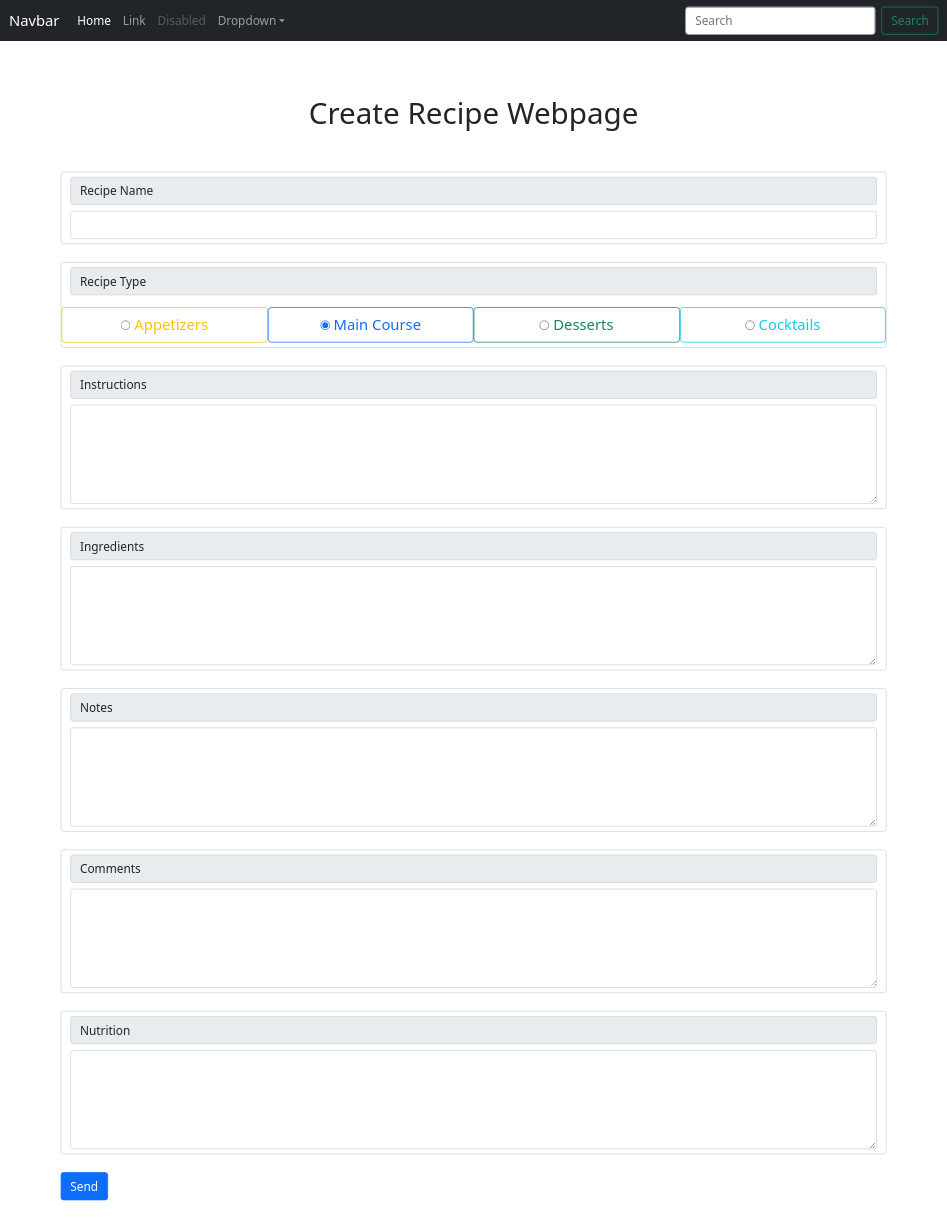
Repository: jerrywthompson/createRecipeWebpageHTML
Page: index.html
The author's editor kept a copy of each file at every save. The page is drawn from the files as they stood at one save, then again after the next save.
The browser window is 1280 px wide. The pictures show the whole page, at 74% of full size.

Above is the page before, as saved 2021-02-25 15:32:57.

### index.html
<!doctype html>
<html lang="en">
    <head>
        <meta charset="utf-8">
        <meta name="viewport" content="width=device-width, initial-scale=1">
        <meta name="description" content="">
        <meta name="author" content="Mark Otto, Jacob Thornton, and Bootstrap contributors">
        <meta name="generator" content="Hugo 0.80.0">
        <title>Create Recipe Webpage</title>

        <link rel="stylesheet" href="css/main.css"/>
        <!-- Bootstrap core CSS -->
        <link rel="stylesheet" href="css/bootstrap5/css/bootstrap.min.css" >
        <!-- <link rel="stylesheet" href="css/bootstrap-4.5.3/css/bootstrap.min.css"> -->

        <style>
            .bd-placeholder-img {
                font-size: 1.125rem;
                text-anchor: middle;
                -webkit-user-select: none;
                -moz-user-select: none;
                user-select: none;
            }

            @media (min-width: 768px) {
                .bd-placeholder-img-lg {
                    font-size: 3.5rem;
                }
            }
        </style>

    </head>
    <body>

        <nav class="navbar navbar-expand-md navbar-dark bg-dark fixed-top">
            <div class="container-fluid">
                <a class="navbar-brand" href="#">Navbar</a>
                <button class="navbar-toggler" type="button" data-bs-toggle="collapse" data-bs-target="#navbarsExampleDefault" aria-controls="navbarsExampleDefault" aria-expanded="false" aria-label="Toggle navigation">
                    <span class="navbar-toggler-icon"></span>
                </button>

                <div class="collapse navbar-collapse" id="navbarsExampleDefault">
                    <ul class="navbar-nav me-auto mb-2 mb-md-0">
                        <li class="nav-item">
                            <a class="nav-link active" aria-current="page" href="#">Home</a>
                        </li>
                        <li class="nav-item">
                            <a class="nav-link" href="#">Link</a>
                        </li>
                        <li class="nav-item">
                            <a class="nav-link disabled" href="#" tabindex="-1" aria-disabled="true">Disabled</a>
                        </li>
                        <li class="nav-item dropdown">
                            <a class="nav-link dropdown-toggle" href="#" id="dropdown01" data-bs-toggle="dropdown" aria-expanded="false">Dropdown</a>
                            <ul class="dropdown-menu" aria-labelledby="dropdown01">
                                <li><a class="dropdown-item" href="#">Action</a></li>
                                <li><a class="dropdown-item" href="#">Another action</a></li>
                                <li><a class="dropdown-item" href="#">Something else here</a></li>
                            </ul>
                        </li>
                    </ul>
                    <form class="d-flex">
                        <input class="form-control me-2" type="search" placeholder="Search" aria-label="Search">
                        <button class="btn btn-outline-success" type="submit">Search</button>
                    </form>
                </div>
            </div>
        </nav>
        <div class="starter-template text-center py-5 px-3">
            <h1>Create Recipe Webpage</h1>
        </div>
        <main class="container">
            <div class="input-section">
                <fieldset class="form-group">

                    <form action="main.php" method="post">
                        <div class="form-control mb-4">
                            <div class="input-group-prepend mb-2">
                                <span class="input-group-text" id="inputGroup-sizing-default">Recipe Name</span>
                            </div>
                            <input type="text" name="recipeName" class="form-control" aria-label="Default" aria-describedby="inputGroup-sizing-default">
                        </div>

                        <div class="form-control mb-4">
                            <div class="input-group-prepend mb-3">
                                <span class="input-group-text" id="inputGroup-sizing-default">Recipe Type</span>
                            </div>
                            <div class="btn-toolbar row ml-2">
                                <label class="btn btn-outline-warning btn-lg col-lg-3">
                                    <input type="radio" name="recipeType" id="appetizers" value="appetizers" autocomplete="off" > Appetizers
                                </label>
                                <label class="btn btn-outline-primary btn-lg col-lg-3">
                                    <input type="radio" name="recipeType" id="main_course" value="main_course" autocomplete="off" checked> Main Course
                                </label>
                                <label class="btn btn-outline-success btn-lg col-lg-3">
                                    <input type="radio" name="recipeType" id="desserts" value="desserts" autocomplete="off"> Desserts
                                </label>
                                <label class="btn btn-outline-info btn-lg col-lg-3">
                                    <input type="radio" name="recipeType" id="cocktails" value="cocktails" autocomplete="off"> Cocktails
                                </label>
                            </div>
                        </div>
                        <div class="form-control mb-4">
                            <div class="input-group-prepend mb-2">
                                <span class="input-group-text">Instructions</span>
                            </div>
                            <textarea class="form-control" name="instructions" id="instructions" rows="5"></textarea>
                        </div>
                        <div class="form-control mb-4">
                            <div class="input-group-prepend mb-2">
                                <span class="input-group-text">Ingredients</span>
                            </div>
                            <textarea class="form-control" name="ingredients" id="ingredients" rows="5"></textarea>
                        </div>

                        <div class="form-control mb-4">
                            <div class="input-group-prepend mb-2">
                                <span class="input-group-text">Notes</span>
                            </div>
                            <textarea class="form-control" name="notes" id="notes" rows="5"></textarea>
                        </div>

                        <div class="form-control mb-4">
                            <div class="input-group-prepend mb-2">
                                <span class="input-group-text">Comments</span>
                            </div>
                            <textarea class="form-control" name="comments" id="comments" rows="5"></textarea>
                        </div>

                        <div class="form-control mb-4">
                            <div class="input-group-prepend mb-2">
                                <span class="input-group-text">Nutrition</span>
                            </div>
                            <textarea class="form-control" name="nutrition" id="nutrition" rows="5"></textarea>
                        </div>


                        <!-- Submit button -->
                        <button type="submit" class="btn btn-primary btn-block mb-4">Send</button>
                    </form>

                </fieldset>

                </body>
                </html>

Loaded but not shown: css/main.css (common file); css/bootstrap5/css/bootstrap.min.css (library); css/bootstrap-4.5.3/css/bootstrap.min.css (library)

After the next save:
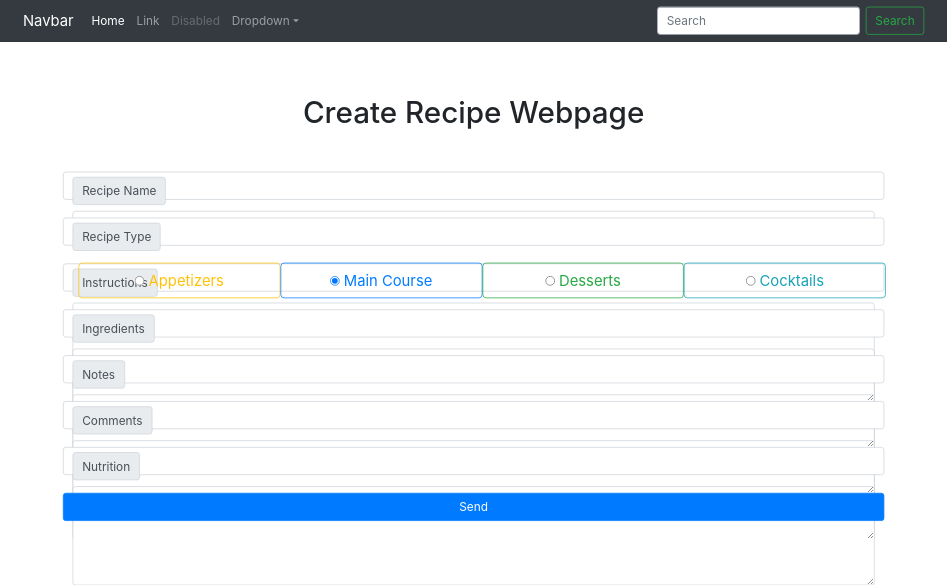
Saved 22 s later.
--- a/index.html
+++ b/index.html
@@ -11,7 +11,7 @@
         <link rel="stylesheet" href="css/main.css"/>
         <!-- Bootstrap core CSS -->
         <link rel="stylesheet" href="css/bootstrap5/css/bootstrap.min.css" >
-        <!-- <link rel="stylesheet" href="css/bootstrap-4.5.3/css/bootstrap.min.css"> -->
+        <link rel="stylesheet" href="css/bootstrap-4.5.3/css/bootstrap.min.css">
 
         <style>
             .bd-placeholder-img {

After the save that followed:
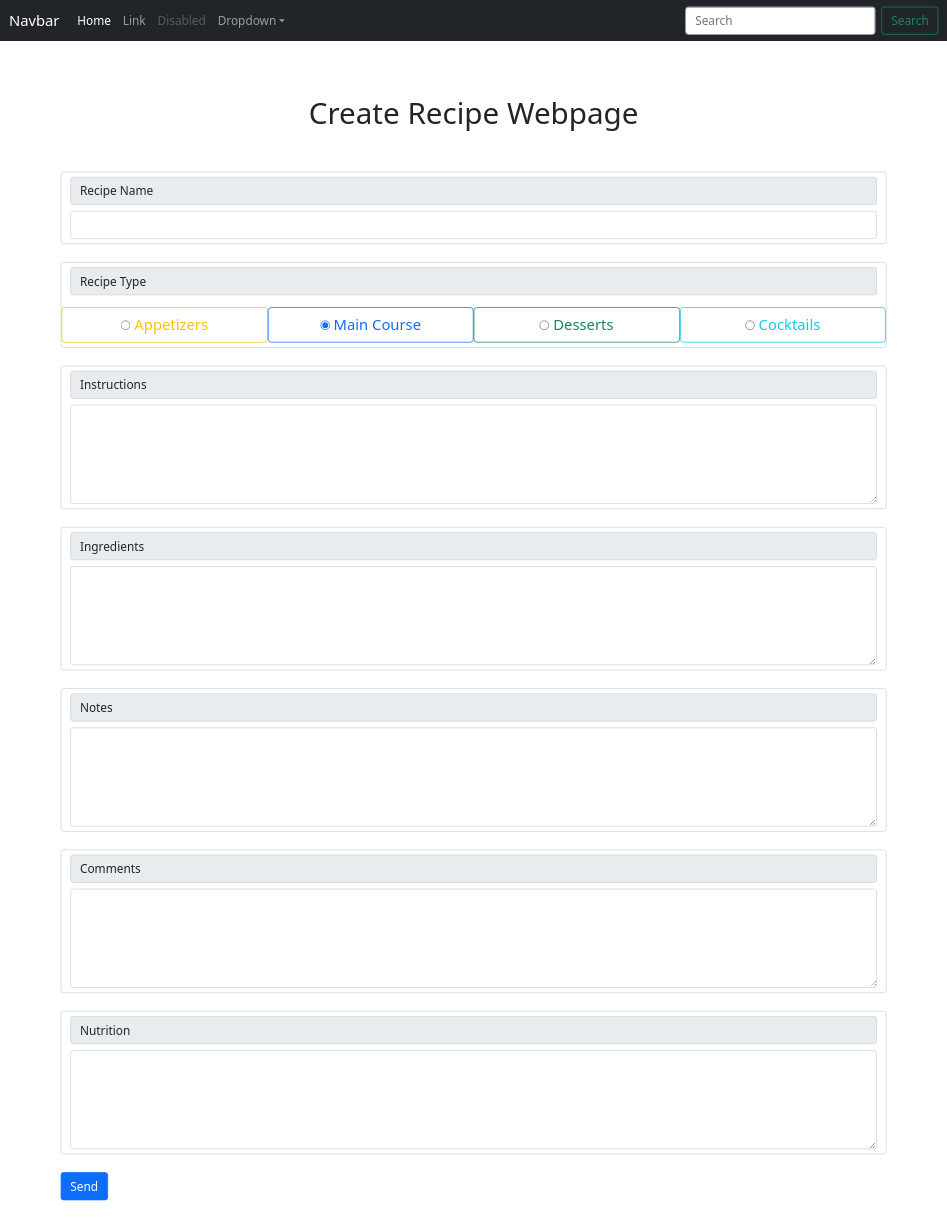
Saved 34 s later.
--- a/index.html
+++ b/index.html
@@ -11,7 +11,7 @@
         <link rel="stylesheet" href="css/main.css"/>
         <!-- Bootstrap core CSS -->
         <link rel="stylesheet" href="css/bootstrap5/css/bootstrap.min.css" >
-        <link rel="stylesheet" href="css/bootstrap-4.5.3/css/bootstrap.min.css">
+        <!-- <link rel="stylesheet" href="css/bootstrap-4.5.3/css/bootstrap.min.css"> -->
 
         <style>
             .bd-placeholder-img {
